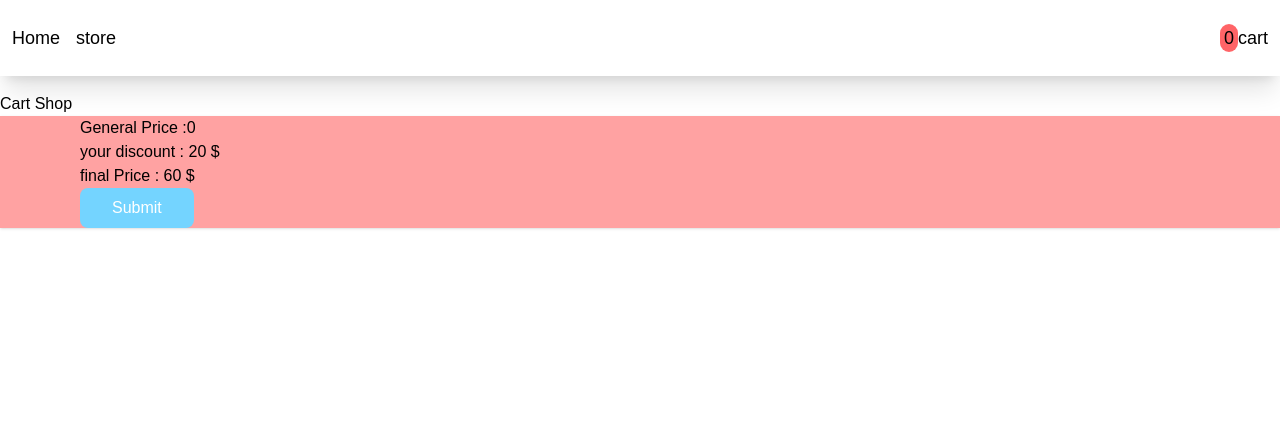
Repository: Rohullah-Noori/Nextjs-online-shop
Page: /cart
These files come from the project's save history. The page is drawn as it stood at one moment and after the next save; the edit follows.
The browser window is 1280 px wide. The pictures show the whole page.
The project was rebuilt for these pictures with package versions that can differ from the ones it lists, and the page was loaded fresh each time. The framework's server and built-in components were replaced by stand-ins that run in the browser. Requests to the local data server were answered from the project's data file. Also part of the build but not shown: next.config.ts, src/app/components/AddToCart.tsx, src/app/components/CartItem.tsx.

Above is the page before, as saved 2025-05-13 16:24:08.

### src/app/cart/page.tsx
"use client";

import React, { useEffect, useState } from "react";
import Container from "../components/Container";
import CartItem from "../components/CartItem";
import { useShopingContextCustim } from "../context/page";
import axios from "axios";
import { IProductsProps } from "../components/Products";
import { formatNumber } from "@/utils/number";

export default function Cart() {
  const { cart } = useShopingContextCustim();

  const [data, setData] = useState<IProductsProps[]>([]);

  useEffect(() => {
    axios(`http://localhost:3004/products`).then((res) => {
      const { data } = res;
      setData(data);
    });
  }, []);

  console.log(data);

  return (
    <Container>
      <h1>Cart Shop</h1>
      {cart.map((item) => (
        <CartItem key={item.id} {...item} />
      ))}

      <div className="shadow bg-red-300  gap-y-2 px-20 ">
        <p>
          General Price :
          <span>
            {formatNumber(
              cart.reduce((total, item) => {
                const selectedproduct = data.find(
                  (product) => product.id == item.id.toString()
                );
                return total + (selectedproduct?.price ?? 0) * item.qty;
              }, 0)
            )}
          </span>
        </p>
        <p>
          your discount : <span>20 $</span>{" "}
        </p>
        <p>
          final Price : <span>60 $</span>
        </p>
        <div className=" flex justify-start gap-x-3">
          <button className=" px-8 py-2 rounded-lg bg-sky-300 text-white">
            Submit
          </button>
          {/* <input
            type="text"
            value={"please enter your discount code"}
            className="w-[300px] bg-sky-50 rounded-lg px-3 text-gray-400"
          /> */}
        </div>
      </div>
    </Container>
  );
}

### src/app/components/Layout.tsx
import React from "react";
import Navbar from "./Navbar";

interface IlayoutProps {
  children: React.ReactNode;
}

export default function Layout({ children }: IlayoutProps) {
  return (
    <div>
      <Navbar />
      {children}
    </div>
  );
}

### src/app/context/page.tsx
"use client";
import React, { createContext, useContext, useState } from "react";

type IshopContextProps = {
  children: React.ReactNode;
};

type cartItems = {
  id: number;
  qty: number;
};

type TshopingContext = {
  cart: cartItems[];
  HandleincreasetoCard: (id: number) => void;
  getProductqty: (id: number) => number;
  totalitemsqty: number;
  handledecreasetoCard: (id: number) => void;
  RemovehandleSubmit: (id: number) => void;
};

const shopingContext = createContext({} as TshopingContext);

export const useShopingContextCustim = () => {
  return useContext(shopingContext);
};

export default function ConextShop({ children }: IshopContextProps) {
  const [cart, setCart] = useState<cartItems[]>([]);

  const getProductqty = (id: number) => {
    return cart.find((item) => item.id == id)?.qty ?? 0;
  };

  const totalitemsqty = cart.reduce((totalgqty, item) => {
    return totalgqty + item.qty;
  }, 0);

  const HandleincreasetoCard = (id: number) => {
    setCart((prev) => {
      const isnotExist = prev.find((item) => item.id === id) == null;
      if (isnotExist) {
        return [...prev, { id: id, qty: 1 }];
      } else {
        return prev.map((item) => {
          if (item.id == id) {
            return { ...item, qty: item.qty + 1 };
          } else {
            return item;
          }
        });
      }
    });
  };

  const handledecreasetoCard = (id: number) => {
    setCart((prev) => {
      const islastOne = prev.find((item) => item.id == id)?.qty == 1;
      if (islastOne) {
        return prev.filter((item) => item.id != id);
      } else {
        return prev.map((item) => {
          if (item.id == id) {
            return {
              ...item,
              qty: item.qty - 1,
            };
          } else {
            return item;
          }
        });
      }
    });
  };

  const RemovehandleSubmit = (id: number) => {
    setCart((prev) => {
      return prev.filter((item) => item.id != id);
    });
  };

  return (
    <shopingContext.Provider
      value={{
        cart,
        HandleincreasetoCard,
        getProductqty,
        totalitemsqty,
        handledecreasetoCard,
        RemovehandleSubmit,
      }}
    >
      {children}
    </shopingContext.Provider>
  );
}

### src/app/components/Container.tsx
import React from "react";
interface IContainerProps {
  children: React.ReactNode;
}

export default function Container({ children }: IContainerProps) {
  return <div className="container mx-auto">{children}</div>;
}

### src/utils/number.tsx
export function formatNumber(num: number) {
  return num.toString().replace(/\B(?=(\d{3})+(?!\d))/g, ",");
}

### src/app/components/Navbar.tsx
"use client";
import Link from "next/link";
import { usePathname } from "next/navigation";

import React from "react";
import Container from "./Container";
import { useShopingContextCustim } from "../context/page";

export default function Navbar() {
  const { totalitemsqty } = useShopingContextCustim();
  const pathname = usePathname();
  const navlinks = [
    {
      title: "Home",
      href: "/",
    },
    {
      title: "store",
      href: "/store",
    },
  ];

  return (
    <nav className="  flex p-3 mb-4 text-lg  shadow-xl  ">
      <Container>
        <div className="flex justify-between my-3 ">
          <div>
            {navlinks.map((item) => (
              <Link
                key={item.href}
                className={`mr-4 ${
                  pathname === item.href ? "text-sky-400" : ""
                }`}
                href={item.href}
              >
                {item.title}
              </Link>
            ))}
          </div>
          <div>
            <span className="bg-red-400 rounded-4xl p-1">{totalitemsqty}</span>
            <Link href="/cart">cart</Link>
          </div>
        </div>
      </Container>
    </nav>
  );
}

### database/db.json
{
  "products": [
    {
      "id": "1",
      "title": " Product 1",
      "price": 30,
      "description": "Kitchen sinks are essential for washing dishes, vegetables, and hands.\nKitchen lamps provide focused lighting for cooking and food preparation.\nCabinets store utensils, cookware, and pantry items in an organized way.\nCountertops offer space for chopping, mixing, and serving meals.\nStoves and ovens are central for cooking a variety of dishes.\nRefrigerators keep food fresh and beverages cold.\nThese materials make the kitchen functional, efficient, and enjoyable to use.",
      "image": "https://m.media-amazon.com/images/I/71r1BLOWnkL._AC_UF894,1000_QL80_.jpg"
    },
    {
      "id": "2",
      "title": " Product 2",
      "price": 10,
      "description": "Household cleaners like glass and ceramic cleaners help keep surfaces shiny and free from stains.\nThey remove dirt, grease, and bacteria, making the home healthier.\nGlass cleaners leave mirrors and windows streak-free and crystal clear.\nCeramic cleaners restore the shine of tiles and prevent mold growth.\nRegular use of these products extends the life of surfaces.\nThey also reduce unpleasant odors and leave a fresh scent.\nUsing the right cleaner makes cleaning faster and more effective.",
      "image": "https://media.istockphoto.com/id/510693044/photo/house-cleaning-product-on-wood-table.jpg?s=612x612&w=0&k=20&c=EZfeRCDgSMPnqG684zQBOqyNfDGx9JWTXS1Q2Lhrjy4="
    },
    {
      "id": "3",
      "title": " Product 3",
      "price": 20,

      "description": "Household cleaning tools like toothbrushes and bathroom brushes help maintain personal and home hygiene.\nToilet brushes are essential for keeping toilets clean and germ-free.\nShampoo is not only for hair but can also be used for gentle surface cleaning.\nCeramic cleaners remove stains and keep tiles shiny and fresh.\nKitchen floor cleaners remove grease and food residue for a safer cooking space.\nYard floor cleaners help",

      "image": "https://t3.ftcdn.net/jpg/01/91/32/34/360_F_191323402_W2ATUPr8dGHALHrvyX4WVlEDz4qXmmd9.jpg"
    },
    {
      "id": "4",
      "title": " Product 4",
      "price": 100,
      "description": "Bedroom essentials like pillows and beds provide comfort and support for restful sleep.\nSoft blankets and bed sheets add warmth and relaxation.\nCurtains help control light and add privacy to your room.\nClosets and drawers keep clothes and accessories organized.\nNightstands are useful for holding lamps, books, or phones.\nCarpets add a cozy feeling and reduce noise in the room.\nThese home materials make the bedroom more comfortable and functional.",
      "image": "https://a-static.besthdwallpaper.com/colorful-cartoon-design-with-open-door-and-household-items-wallpaper-1152x768-102826_36.jpg"
    },
    {
      "id": "5",
      "title": " Product 5",
      "price": 80,
      "description": "Chairs provide comfortable seating and come in various styles for different rooms.\nLamps add both light and ambiance, making spaces feel warm and inviting.\nWall art and paintings bring personality and color to your home.\nShelves and stands help organize books, plants, and decorative items.\nRugs define areas and add texture to floors.\nMirrors enhance light and make rooms appear more spacious.\nDecorations reflect your style and turn a house into a home.",
      "image": "https://plus.unsplash.com/premium_photo-1683133958062-12afa652a4fb?fm=jpg&q=60&w=3000&ixlib=rb-4.0.3&ixid=M3wxMjA3fDB8MHxzZWFyY2h8OXx8aG9tZSUyMGRlY29yfGVufDB8fDB8fHww"
    },
    {
      "id": "6",
      "title": " Product 6",
      "price": 5,
      "description": "Fruits are a natural source of vitamins, minerals, and fiber. They come in a variety of colors, shapes, and flavors. Eating fruits regularly helps boost your immune system. Some common fruits include apples, bananas, oranges, and grapes. Fruits are a delicious and healthy snack for any time of day.Many fruits grow on trees, bushes, or vines depending on the type. Tropical fruits like mangoes and pineapples thrive in warm climates.",

      "image": "https://t3.ftcdn.net/jpg/06/06/15/56/360_F_606155606_rFYHJP0uKgPNdpT3NoDbucxp0h38rlWb.jpg"
    }
  ]
}

Loaded but not shown: src/app/layout.tsx (common file); src/app/globals.css (common file)

After the next save:
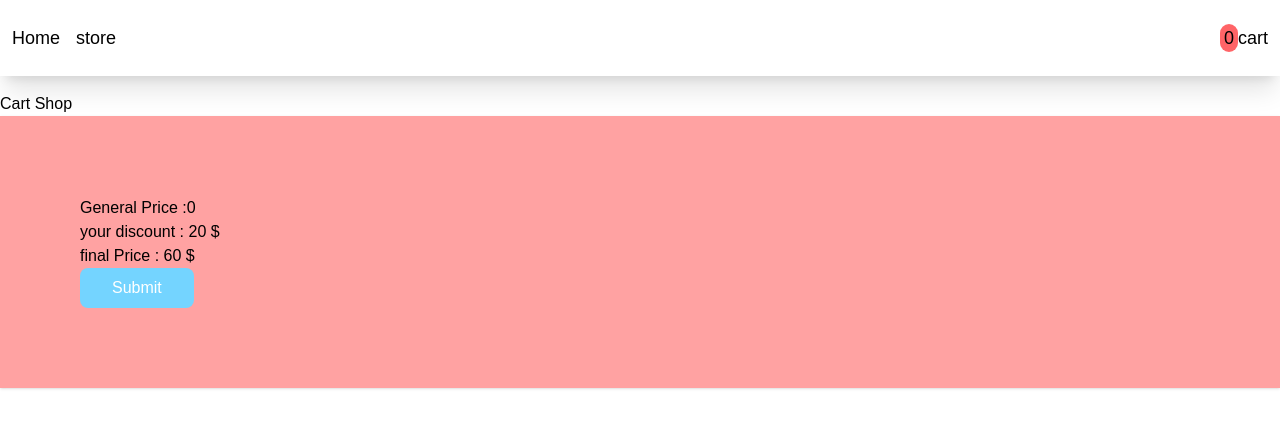
Saved 14 s later.
--- a/src/app/cart/page.tsx
+++ b/src/app/cart/page.tsx
@@ -29,7 +29,7 @@
         <CartItem key={item.id} {...item} />
       ))}
 
-      <div className="shadow bg-red-300  gap-y-2 px-20 ">
+      <div className="shadow bg-red-300  gap-y-2 p-20 ">
         <p>
           General Price :
           <span>

After the save that followed:
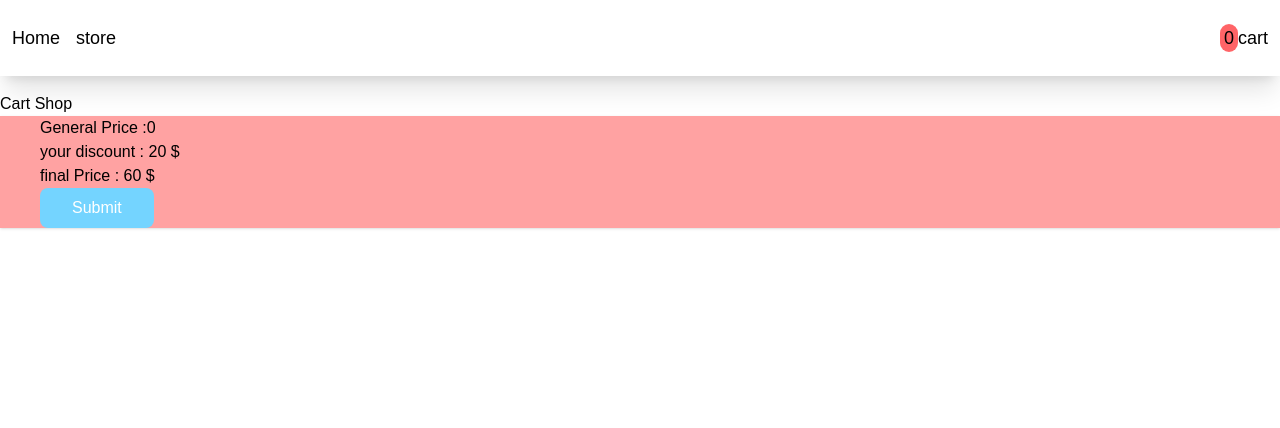
Saved 7 s later.
--- a/src/app/cart/page.tsx
+++ b/src/app/cart/page.tsx
@@ -29,7 +29,7 @@
         <CartItem key={item.id} {...item} />
       ))}
 
-      <div className="shadow bg-red-300  gap-y-2 p-20 ">
+      <div className="shadow bg-red-300  gap-y-2 px-10 ">
         <p>
           General Price :
           <span>
